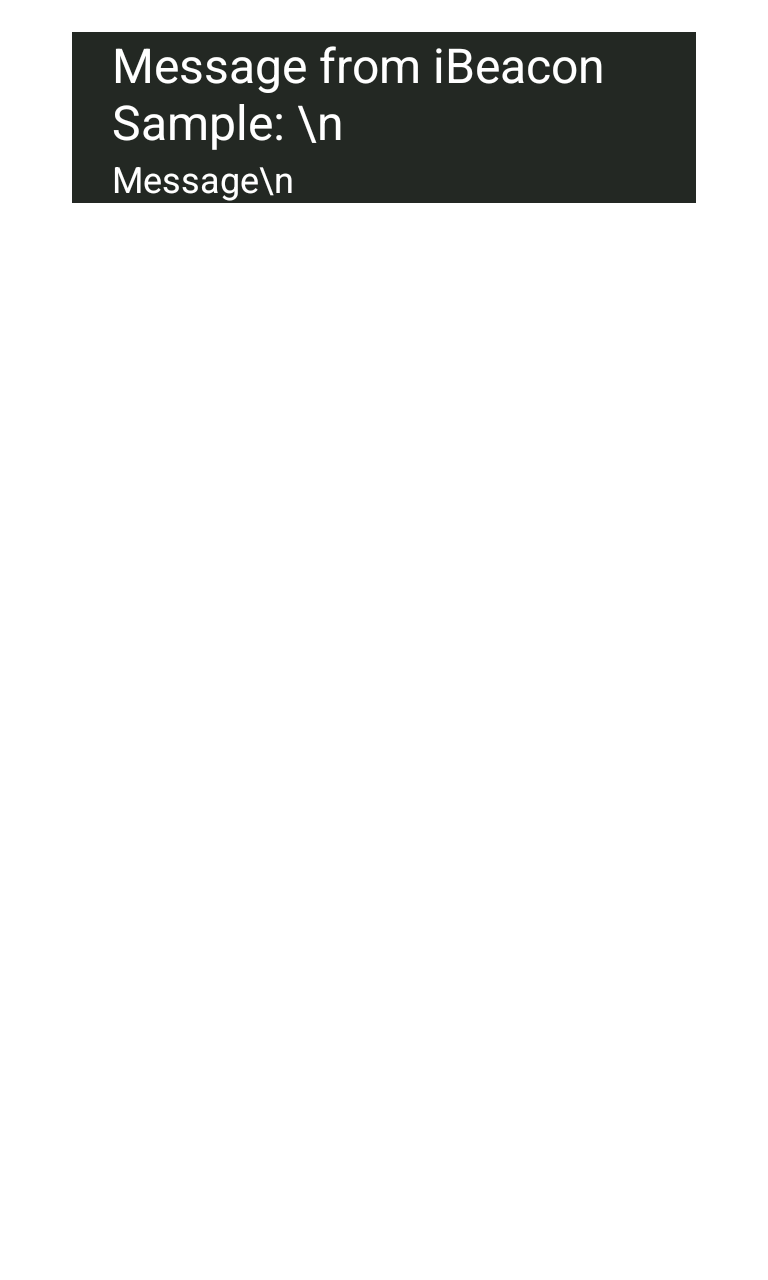
Repository: martawilgan/Android-iBeacon
Layout: iBeacon Sample/iBeaconSample/res/layout/activity_notification.xml
The author's editor kept a copy of each file at every save. The layout is drawn from the files as they stood at one save, then again after the next save.
It is drawn on a 768 x 1280 px phone screen (xhdpi) without system bars, with theme AppTheme; the app's code is not run.

Above is the layout before, as saved 2014-07-10 17:19:56.

### iBeacon Sample/iBeaconSample/res/layout/activity_notification.xml
<RelativeLayout xmlns:android="http://schemas.android.com/apk/res/android"
    xmlns:tools="http://schemas.android.com/tools"
    android:layout_width="match_parent"
    android:layout_height="match_parent"
    android:paddingBottom="@dimen/activity_vertical_margin"
    android:paddingLeft="@dimen/activity_horizontal_margin"
    android:paddingRight="@dimen/activity_horizontal_margin"
    android:paddingTop="@dimen/activity_vertical_margin"
    android:background="@android:color/transparent"
    tools:context=".ActivityNotification" >

    <LinearLayout
        android:id="@+id/llAlert"
        android:layout_width="match_parent"
   		android:layout_height="wrap_content"
   		android:layout_marginLeft="20dp"
		android:layout_marginRight="20dp"
		android:orientation="vertical"
		android:background="@color/Midnight_Gray"
		android:gravity="center_vertical">

       	<TextView
	        android:id="@+id/tvTitle"
	        android:layout_width="wrap_content"
	        android:layout_height="wrap_content"
	        android:layout_marginLeft="20dp"
			android:layout_marginRight="20dp"
			android:textColor="@color/White"
			android:textSize="24sp"
	        android:text="Message from iBeacon Sample: \n" />

	    <TextView
	        android:id="@+id/tvMsg"
	        android:layout_width="wrap_content"
	        android:layout_height="wrap_content"
	        android:layout_marginLeft="20dp"
			android:layout_marginRight="20dp"
			android:textColor="@color/White"
			android:textSize="18sp"
	        android:text="Message\n" />
    </LinearLayout>

</RelativeLayout>

### iBeacon Sample/iBeaconSample/res/values/Color.xml
<?xml version="1.0" encoding="utf-8"?>
<resources>
    <color name="Black">#000000</color>
    <color name="White">#FFFFFF</color>
    <color name="Midnight_Gray">#232823</color>
</resources>

Loaded but not shown: iBeacon Sample/iBeaconSample/res/values/styles.xml (common file); iBeacon Sample/iBeaconSample/res/values-v11/styles.xml (common file); iBeacon Sample/iBeaconSample/res/values-v14/styles.xml (common file); iBeacon Sample/iBeaconSample/res/values/dimens.xml (common file); iBeacon Sample/iBeaconSample/res/values-w820dp/dimens.xml (common file)

After the next save:
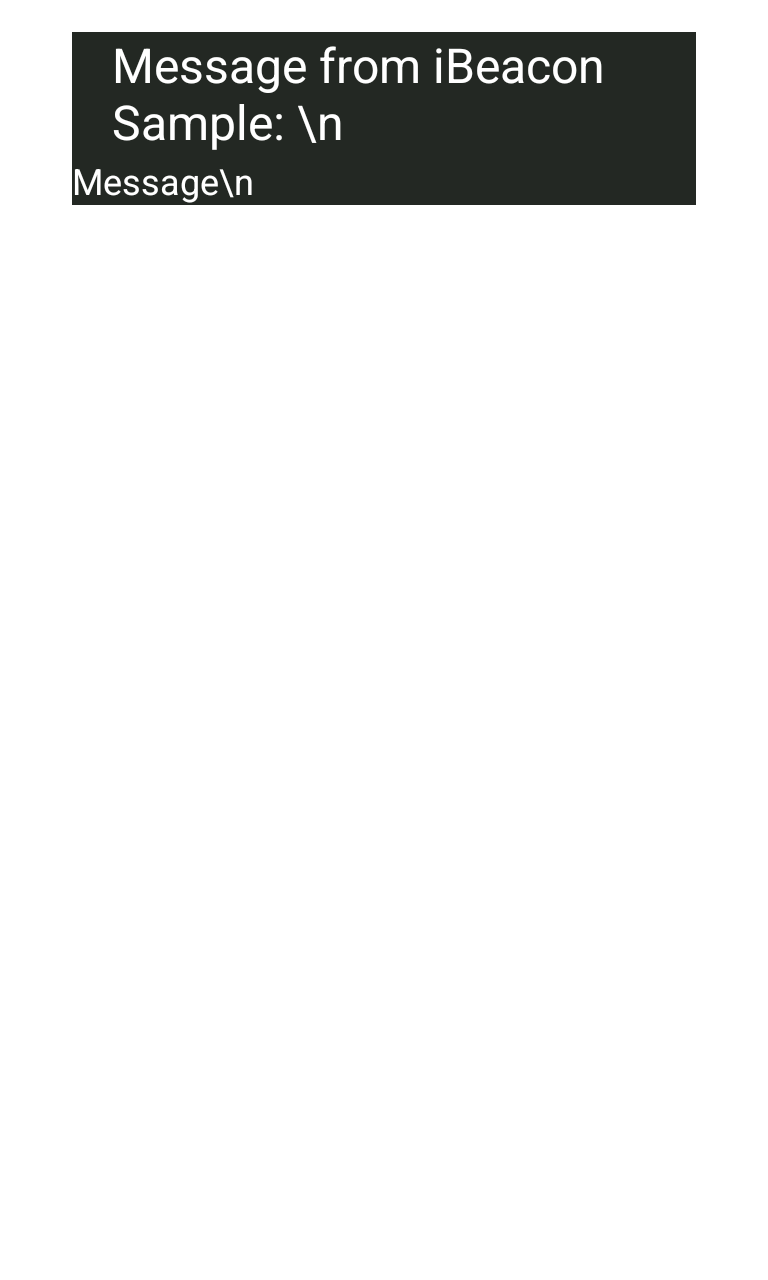
Saved 111 s later.
--- a/iBeacon Sample/iBeaconSample/res/layout/activity_notification.xml
+++ b/iBeacon Sample/iBeaconSample/res/layout/activity_notification.xml
@@ -29,12 +29,19 @@
 			android:textSize="24sp"
 	        android:text="Message from iBeacon Sample: \n" />
 
+       	<View
+       	    android:id="@+id/vLine"
+   	    	android:layout_width="wrap_content"
+	        android:layout_height="1dp"
+	        android:layout_marginLeft="20dp"
+			android:layout_marginRight="20dp"
+			android:color="@color/White"/>
+
 	    <TextView
 	        android:id="@+id/tvMsg"
 	        android:layout_width="wrap_content"
 	        android:layout_height="wrap_content"
-	        android:layout_marginLeft="20dp"
-			android:layout_marginRight="20dp"
+	        android:layout_marin="20dp"
 			android:textColor="@color/White"
 			android:textSize="18sp"
 	        android:text="Message\n" />
